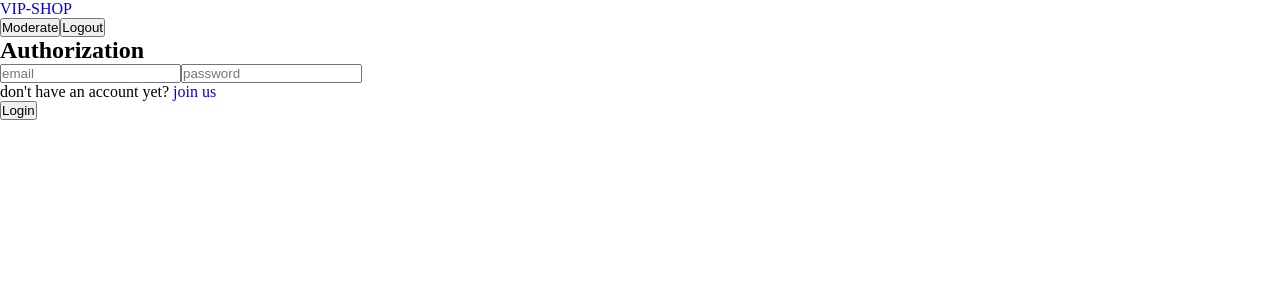
Repository: Mirsmog/VIP-SHOP
Page: /login (app in client/)
These files come from the project's save history. The page is drawn as it stood at one moment and after the next save; the edit follows.
The browser window is 1280 px wide. The pictures show the whole page.
The project was rebuilt for these pictures with package versions that can differ from the ones it lists, and the page was loaded fresh each time. Also part of the build but not shown: client/vite.config.js, client/src/components/modals/CreateBrand.jsx, client/src/components/modals/CreateType.jsx, client/src/components/modals/CreateDevice.jsx, client/src/pages/Admin.jsx, client/src/pages/DevicePage.jsx, client/src/components/TypeBar.jsx, client/src/components/BrandBar.jsx and 4 more.

Above is the page before, as saved 2023-11-04 19:27:45.

After the next save:
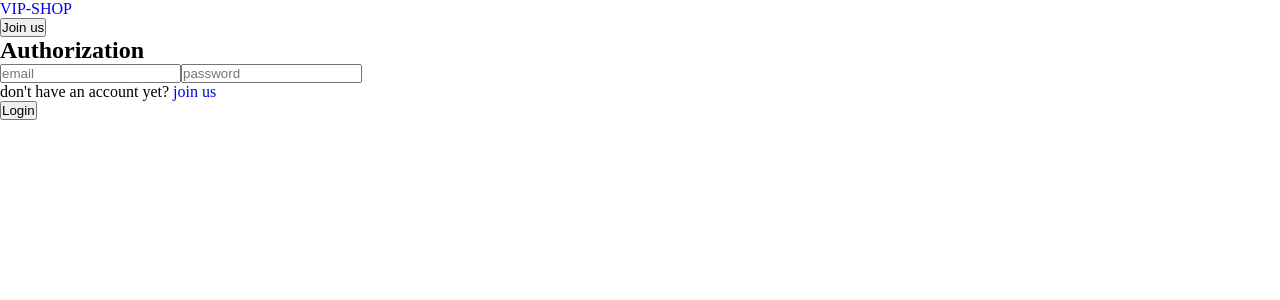
Saved 34 s later.
--- a/client/src/store/userStore.js
+++ b/client/src/store/userStore.js
@@ -1,7 +1,7 @@
 import { makeAutoObservable } from 'mobx';
 export default class userStore {
   constructor() {
-    this._isAuth = true;
+    this._isAuth = false;
     this._user = {};
     makeAutoObservable(this);
   }
